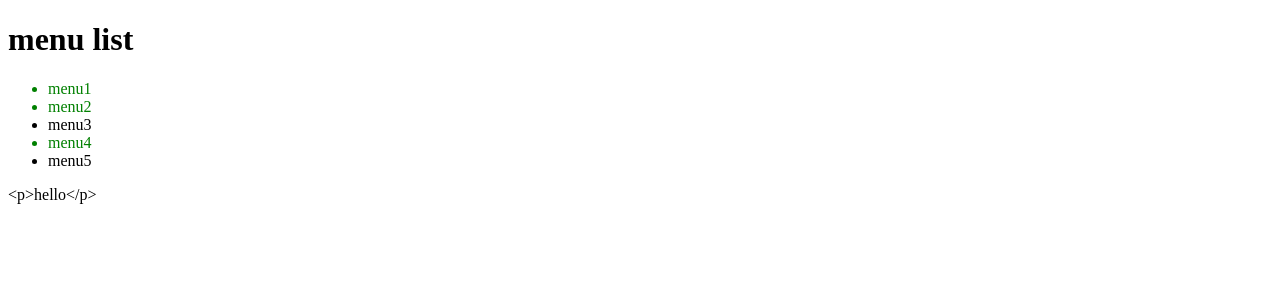
Repository: harin1212/PDA-frontend
Page: js04/dom1.html
The author's editor kept a copy of each file at every save. The page is drawn from the files as they stood at one save, then again after the next save.
The browser window is 1280 px wide. The pictures show the whole page.

Above is the page before, as saved 2023-08-10 09:12:25.

After the next save:
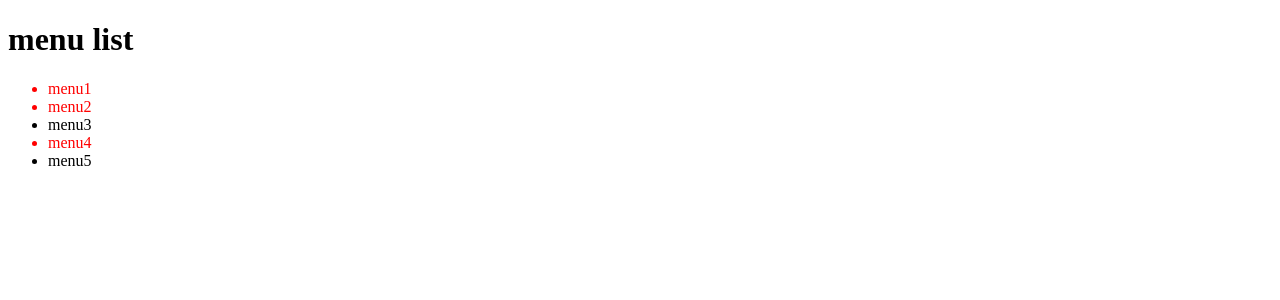
Saved 75 s later.
--- a/js04/js/dom1.js
+++ b/js04/js/dom1.js
@@ -88,13 +88,13 @@ ele_li.forEach(item => {
 }) */
 
 //classList
-let ele_li = document.querySelectorAll('li'); //정적 -> forEach 가능
+/* let ele_li = document.querySelectorAll('li'); //정적 -> forEach 가능
 ele_li.forEach(item => {
     if(item.classList.contains('red'))
         item.classList.replace('red','green');
-})
+}) */
 
-//html 출력
-//document.getElementById('aaa').innerHTML = "<p>hello</p>"; //hello
-//text에 대한 출력
-document.getElementById('aaa').textContent = "<p>hello</p>"; //<p>hello</p>
+/* //html 출력
+document.getElementById('aaa').innerHTML = "<p>hello</p>"; //hello
+//text 출력
+document.getElementById('aaa').textContent = "<p>hello</p>"; //<p>hello</p> */
